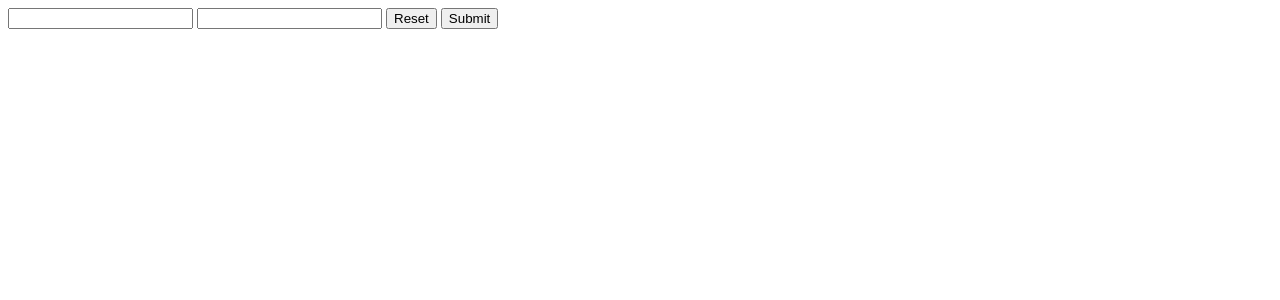
Repository: jungreul97/jsp_pracitce
Page: http://localhost/JSPBasic/JspObject/1.requests/req_param_send.jsp
An editor plug-in stored every save of this project. The page is shown before and after the next save, followed by the edit.
The browser window is 1280 px wide. The pictures show the whole page.
The page is served by Tomcat 9.

Above is the page before, as saved 2022-02-03 05:29:25.

### JSPBasic/src/main/webapp/JspObject/1.requests/req_param_send.jsp
<%@ page language="java" contentType="text/html; charset=UTF-8"
    pageEncoding="UTF-8"%>
<!DOCTYPE html>
<html>
<head>
<meta charset="UTF-8">
<title>Insert title here</title>
</head>
<body>
<%-- 아래에 form을 만들고 내부에 input 4개를 만들어 주세요.
input태그의 type 속성은 하나는 text, 하나는 password
name 속성은 하나는 apple, 하나는  banana로 해주세요.
reset 버튼과 submit 버튼도 각각 하나씩 만들어주세요. --%>
	<form>
		<input type = "text" name = "apple" palceholder = "apple"/>
		<input type = "password" name = "banana" palceholder = "banana"/>
		<input type = "reset">
		<input type = "submit">
	</form>


</body>
</html>

After the next save:
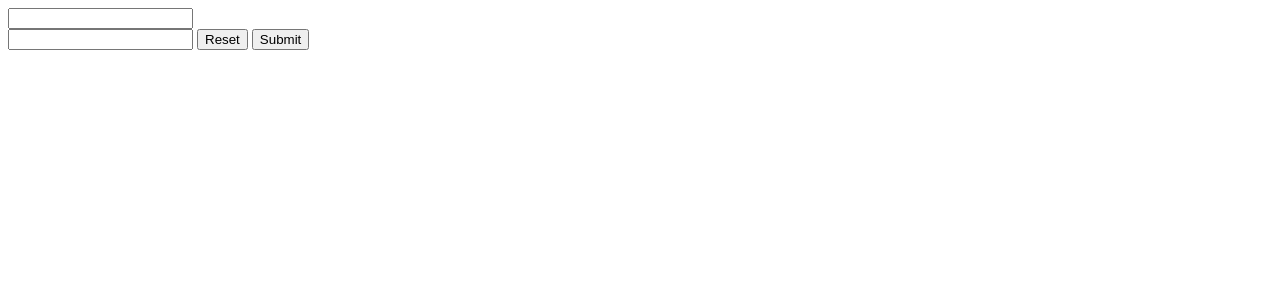
Saved 28 s later.
--- a/JSPBasic/src/main/webapp/JspObject/1.requests/req_param_send.jsp
+++ b/JSPBasic/src/main/webapp/JspObject/1.requests/req_param_send.jsp
@@ -12,7 +12,7 @@
 name 속성은 하나는 apple, 하나는  banana로 해주세요.
 reset 버튼과 submit 버튼도 각각 하나씩 만들어주세요. --%>
 	<form>
-		<input type = "text" name = "apple" palceholder = "apple"/>
+		<input type = "text" name = "apple" palceholder = "apple"/><br/>
 		<input type = "password" name = "banana" palceholder = "banana"/>
 		<input type = "reset">
 		<input type = "submit">
